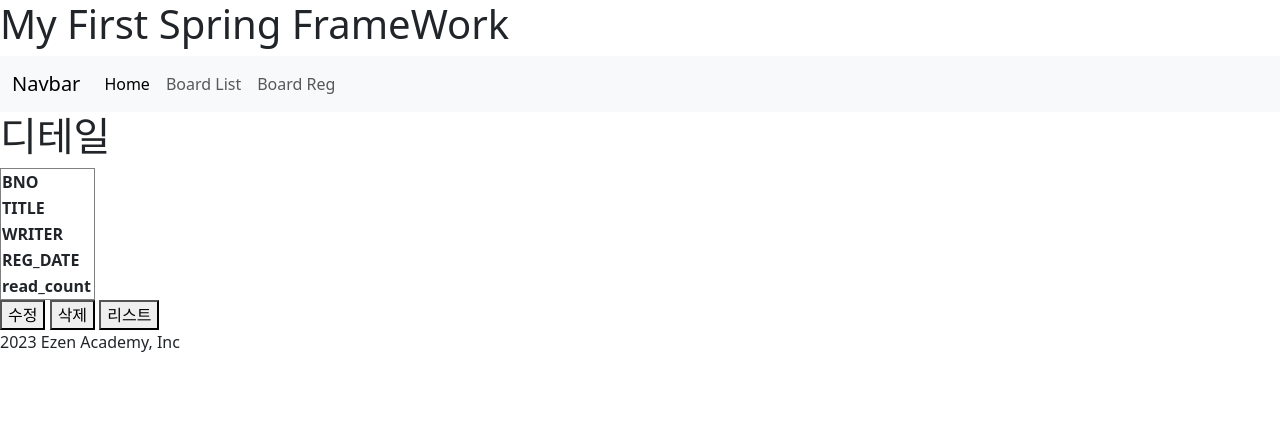
Repository: Leesunghoon1/springHom2
Page: http://localhost/spring_pjt/WEB-INF/views/board/detail.jsp
The author's editor kept a copy of each file at every save. The page is drawn from the files as they stood at one save, then again after the next save.
The browser window is 1280 px wide. The pictures show the whole page.
The page is served by Tomcat 9. Nobody is signed in. Other server files are loaded and not shown. The template is opened directly, without the code that normally fills it, so the values that code supplies are empty.

Above is the page before, as saved 2023-10-22 07:54:35.

### spring_pjt/src/main/webapp/WEB-INF/views/board/detail.jsp
<%@ page language="java" contentType="text/html; charset=UTF-8"
    pageEncoding="UTF-8"%>
           <%@ taglib uri="http://java.sun.com/jsp/jstl/core" prefix="c"%>
<!DOCTYPE html>
<html>
<head>
<meta charset="UTF-8">
<title>Insert detail here</title>
<link href="https://cdn.jsdelivr.net/npm/bootstrap@5.3.2/dist/css/bootstrap.min.css" rel="stylesheet" integrity="sha384-T3c6CoIi6uLrA9TneNEoa7RxnatzjcDSCmG1MXxSR1GAsXEV/Dwwykc2MPK8M2HN" crossorigin="anonymous">
<script src="https://cdn.jsdelivr.net/npm/bootstrap@5.3.2/dist/js/bootstrap.bundle.min.js" integrity="sha384-C6RzsynM9kWDrMNeT87bh95OGNyZPhcTNXj1NW7RuBCsyN/o0jlpcV8Qyq46cDfL" crossorigin="anonymous"></script>

</head>
<jsp:include page="../common/header.jsp"/>
<jsp:include page="../common/nav.jsp"/>
<body>


<h1>디테일</h1>

<table border = 1>
	<tr>
		<th>BNO</th>
		<td>${bvo.bno }</td>
	</tr>
	<tr>
		<th>TITLE</th>
		<td>${bvo.title }</td>
	</tr>
	<tr>
		<th>WRITER</th>
		<td>${bvo.writer }</td>
	</tr>
	<tr>
		<th>REG_DATE</th>
		<td>${bvo.regAt }</td>
	</tr>
	<tr>
		<th>read_count</th>
		<td>${bvo.readCount }</td>
	</tr>
</table>


<a href="/board/modify?bno=${bvo.bno }"><button>수정</button></a>
<a href="/board/remove?bno=${bvo.bno }"><button>삭제</button></a>
<a href="/board/list?bno=${bvo.bno }"><button>리스트</button></a>

<jsp:include page="../common/footer.jsp"/>
</body>
</html>

### spring_pjt/src/main/webapp/WEB-INF/views/common/header.jsp
<%@ page language="java" contentType="text/html; charset=UTF-8"
    pageEncoding="UTF-8"%>
    <%@ taglib uri="http://java.sun.com/jsp/jstl/core" prefix="c"%>
<!DOCTYPE html>
<html>
<head>
<meta charset="UTF-8">
<title>Insert title here</title>
<link href="https://cdn.jsdelivr.net/npm/bootstrap@5.3.1/dist/css/bootstrap.min.css" rel="stylesheet" integrity="sha384-4bw+/aepP/YC94hEpVNVgiZdgIC5+VKNBQNGCHeKRQN+PtmoHDEXuppvnDJzQIu9" crossorigin="anonymous">
<script src="https://cdn.jsdelivr.net/npm/bootstrap@5.3.1/dist/js/bootstrap.bundle.min.js" integrity="sha384-HwwvtgBNo3bZJJLYd8oVXjrBZt8cqVSpeBNS5n7C8IVInixGAoxmnlMuBnhbgrkm" crossorigin="anonymous"></script>

</head>
<body>
<h1>My First Spring FrameWork</h1>
</body>
</html>

### spring_pjt/src/main/webapp/WEB-INF/views/common/nav.jsp
<%@ page language="java" contentType="text/html; charset=UTF-8"
    pageEncoding="UTF-8"%>
    <%@ taglib uri="http://java.sun.com/jsp/jstl/core" prefix="c"%>
<!DOCTYPE html>
<html>
<head>
<meta charset="UTF-8">
<title>Insert title here</title>
</head>
<body>
<header>
<nav class="navbar navbar-expand-lg bg-body-tertiary">
  <div class="container-fluid">
    <a class="navbar-brand" href="#">Navbar</a>
    <button class="navbar-toggler" type="button" data-bs-toggle="collapse" data-bs-target="#navbarSupportedContent" aria-controls="navbarSupportedContent" aria-expanded="false" aria-label="Toggle navigation">
      <span class="navbar-toggler-icon"></span>
    </button>
    <div class="collapse navbar-collapse" id="navbarSupportedContent">
      <ul class="navbar-nav me-auto mb-2 mb-lg-0">
        <li class="nav-item">
          <a class="nav-link active" aria-current="page" href="#">Home</a>
        </li>
        <li class="nav-item">
          <a class="nav-link" href="/board/list">Board List</a>
        </li>

        <li class="nav-item">
          <a class="nav-link" href="/board/register">Board Reg</a>
        </li>

      </ul>

    </div>
  </div>
</nav>
</header>
</body>
</html>

### spring_pjt/src/main/webapp/WEB-INF/views/common/footer.jsp
<%@ page language="java" contentType="text/html; charset=UTF-8"
    pageEncoding="UTF-8"%>
    <%@ taglib uri="http://java.sun.com/jsp/jstl/core" prefix="c"%>
<!DOCTYPE html>
<html>
<head>
<meta charset="UTF-8">
<title>Insert title here</title>
</head>
<body>
<div>
	<p>2023 Ezen Academy, Inc</p>
</div>
</body>
</html>

After the next save:
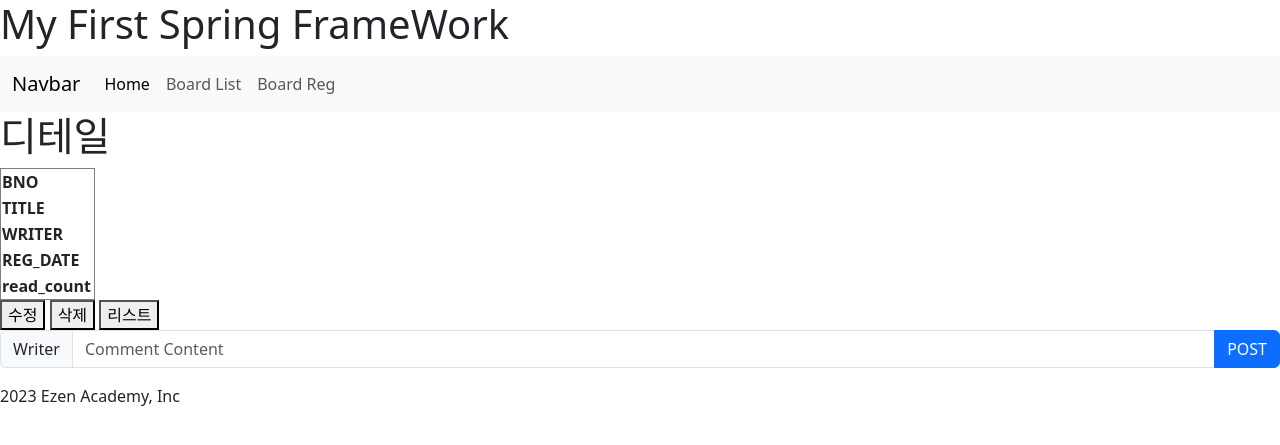
Saved 19 s later.
--- a/spring_pjt/src/main/webapp/WEB-INF/views/board/detail.jsp
+++ b/spring_pjt/src/main/webapp/WEB-INF/views/board/detail.jsp
@@ -45,6 +45,17 @@
 <a href="/board/remove?bno=${bvo.bno }"><button>삭제</button></a>
 <a href="/board/list?bno=${bvo.bno }"><button>리스트</button></a>
 
+
+
+<!-- 댓글라인  -->
+<div>
+   <!-- 댓글 등록 라인 -->
+   <div class="input-group mb-3">
+     <span class="input-group-text" id="cmtWriter">Writer</span>
+     <input type="text" class="form-control" placeholder="Comment Content" id="cmtText">
+     <button class="btn btn-primary" type="button" id="cmtPostBtn">POST</button>
+   </div>
+
 <jsp:include page="../common/footer.jsp"/>
 </body>
 </html>
